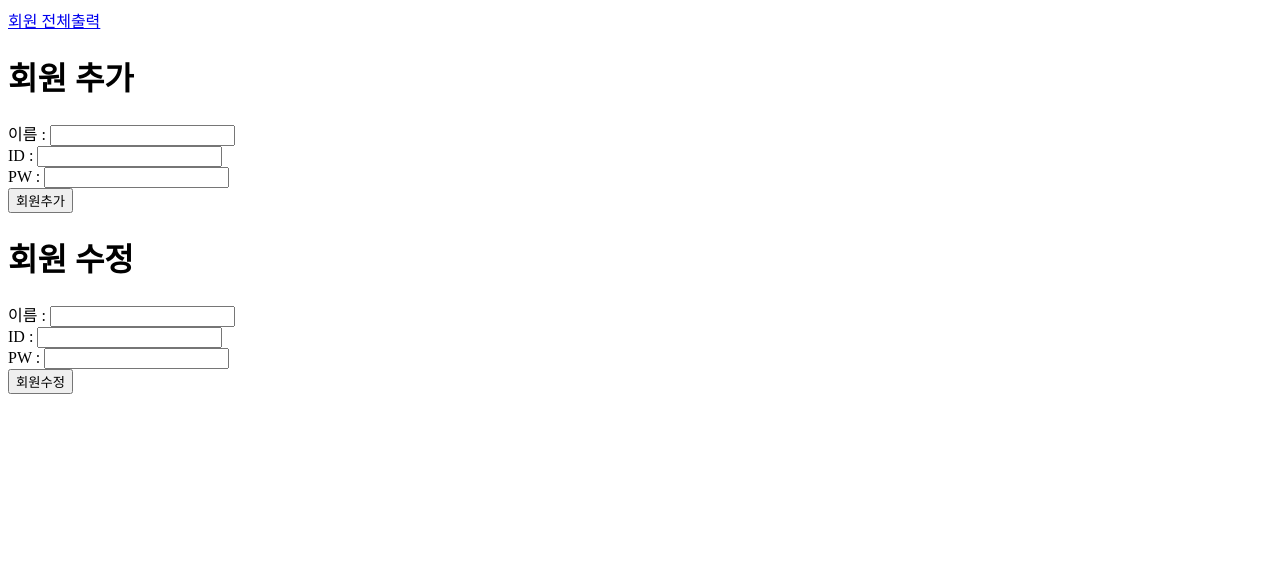
Repository: Jangdaegun/Study
Page: JSP/HelloJSP06/WebContent/CommandController.html
These files come from the project's save history. The page is drawn as it stood at one moment and after the next save; the edit follows.
The browser window is 1280 px wide. The pictures show the whole page.

Above is the page before, as saved 2023-05-30 00:36:46.

### JSP/HelloJSP06/WebContent/CommandController.html
<!DOCTYPE html>
<html>
<head>
<meta charset="UTF-8">
<title>Insert title here</title>
</head>
<body>
<a href="select.do">회원 전체출력</a>
<h1>회원 추가</h1>
<form action="insert.do" method="post">
	이름 : <input type="text" name="name"> <br>
	ID : <input type="text" name="id"> <br>
	PW : <input type="text" name="pw"> <br>
	<input type="submit" value="회원추가">
</form>

<h1>회원 수정</h1>
<form action="update.do" method="post">
	이름 : <input type="text" name="name"> <br>
	ID : <input type="text" name="id"> <br>
	PW : <input type="text" name="pw"> <br>
	<input type="submit" value="회원수정">
</form>

</body>
</html>

After the next save:
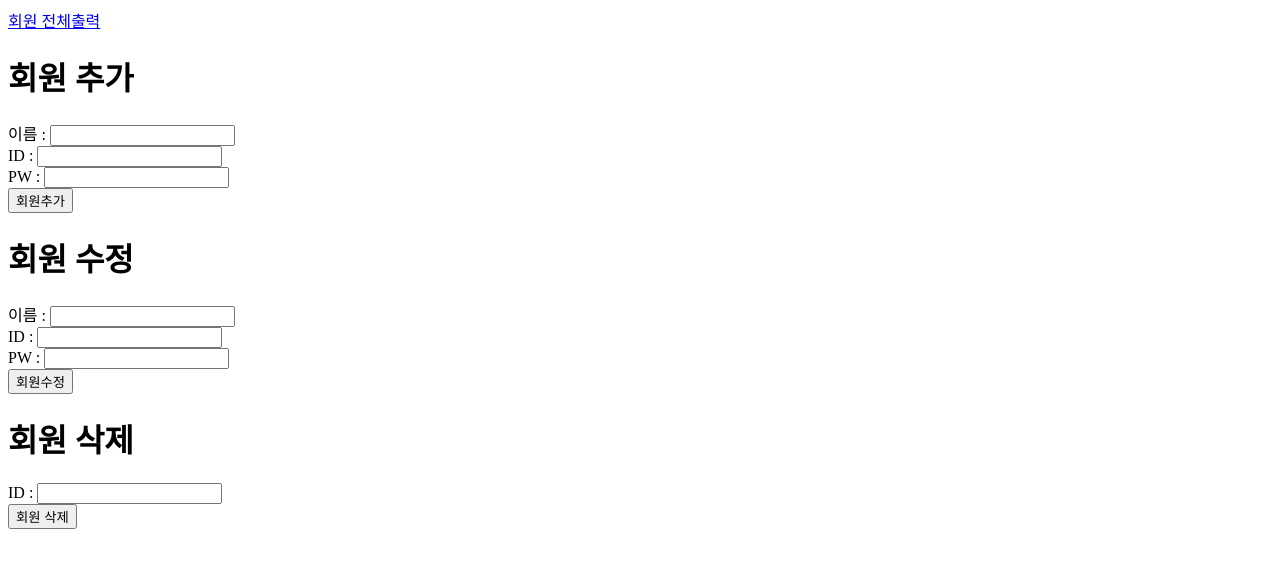
Saved 53 s later.
--- a/JSP/HelloJSP06/WebContent/CommandController.html
+++ b/JSP/HelloJSP06/WebContent/CommandController.html
@@ -22,5 +22,11 @@
 	<input type="submit" value="회원수정">
 </form>
 
+
+<h1>회원 삭제</h1>
+<form action="delete.do" method="post">
+	ID : <input type="text" name="id"> <br>
+	<input type="submit" value="회원 삭제">
+</form>
 </body>
 </html>
